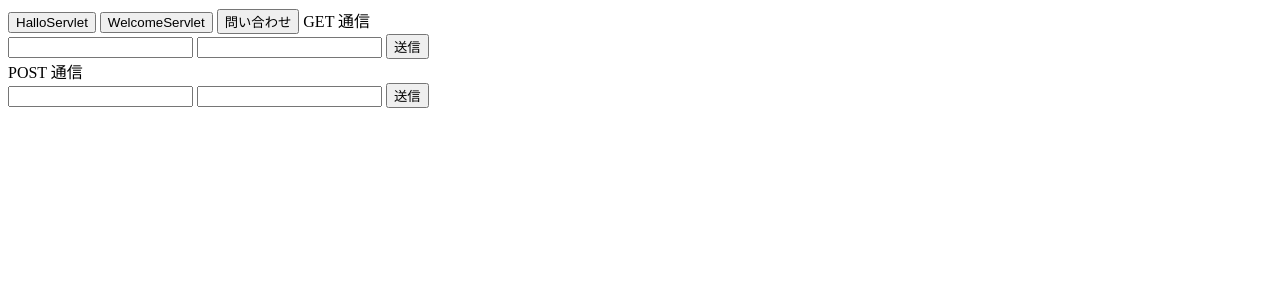
Repository: KeisukeNakamura038/test
Page: http://localhost/HelloServlet/
An editor plug-in stored every save of this project. The page is shown before and after the next save, followed by the edit.
The browser window is 1280 px wide. The pictures show the whole page.
The page is served by Tomcat 9. Other server files are loaded and not shown.

Above is the page before, as saved 2019-10-30 07:22:35.

### HelloServlet/WebContent/index.jsp
<%@ page language="java" contentType="text/html; charset=UTF-8"
    pageEncoding="UTF-8"%>
<!DOCTYPE html>
<html>
<head>
<meta charset="UTF-8">
<title>HelloServlet</title>
</head>
<body>
<input type="button" value="HalloServlet" onClick="location.href='HelloServlet'">
<input type="button" value="WelcomeServlet" onClick="location.href='welcome.jsp'">
<input type="button" value="問い合わせ" onClick="location.href='inquiry.jsp'">
GET 通信
<form method="get" action="TestServlet">
<input type="text" name="userneme">
<input type="password" name="password">
<input type="submit" value="送信">
</form>
POST 通信
<form method="post" action="TestServlet">
<input type="text" name="username">
<input type="password" name="password">
<input type="submit" value="送信">
</form>
</body>
</html>

After the next save:
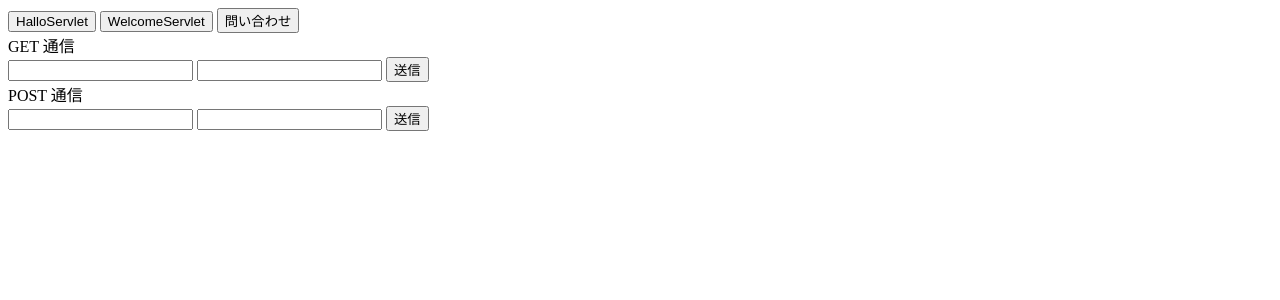
Saved 2 min 4 s later.
--- a/HelloServlet/WebContent/index.jsp
+++ b/HelloServlet/WebContent/index.jsp
@@ -10,7 +10,7 @@
 <input type="button" value="HalloServlet" onClick="location.href='HelloServlet'">
 <input type="button" value="WelcomeServlet" onClick="location.href='welcome.jsp'">
 <input type="button" value="問い合わせ" onClick="location.href='inquiry.jsp'">
-GET 通信
+<br>GET 通信
 <form method="get" action="TestServlet">
 <input type="text" name="userneme">
 <input type="password" name="password">
